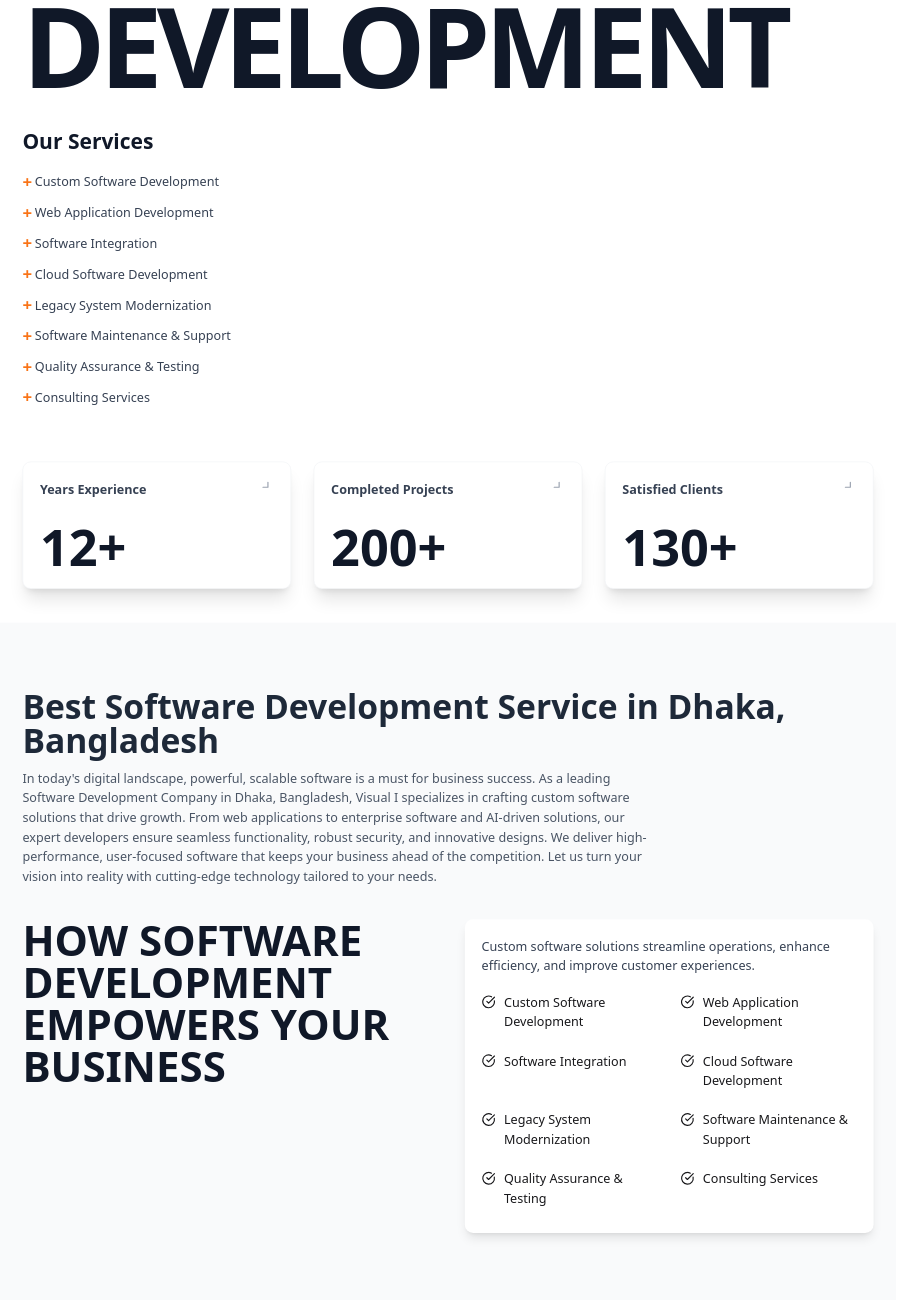
Repository: mdmuhibullahhabib/weboria
Page: /services
The author's editor kept a copy of each file at every save. The page is drawn from the files as they stood at one save, then again after a run of saves.
The browser window is 1280 px wide. The page is 1313 px wide, so the pictures cover 1313 px, including what lies to the right of the window. The pictures show the part of the page from y = 886 to 2766 px (the page is 7883 px tall before and 7755 px after), at 70% of full size.
The project was rebuilt for these pictures with package versions that can differ from the ones it lists, and the page was loaded fresh each time. The framework's server and built-in components were replaced by stand-ins that run in the browser. Also part of the build but not shown: next.config.mjs.

Above is the page before, as saved 2025-10-05 15:26:45.

After the next 2 saves:
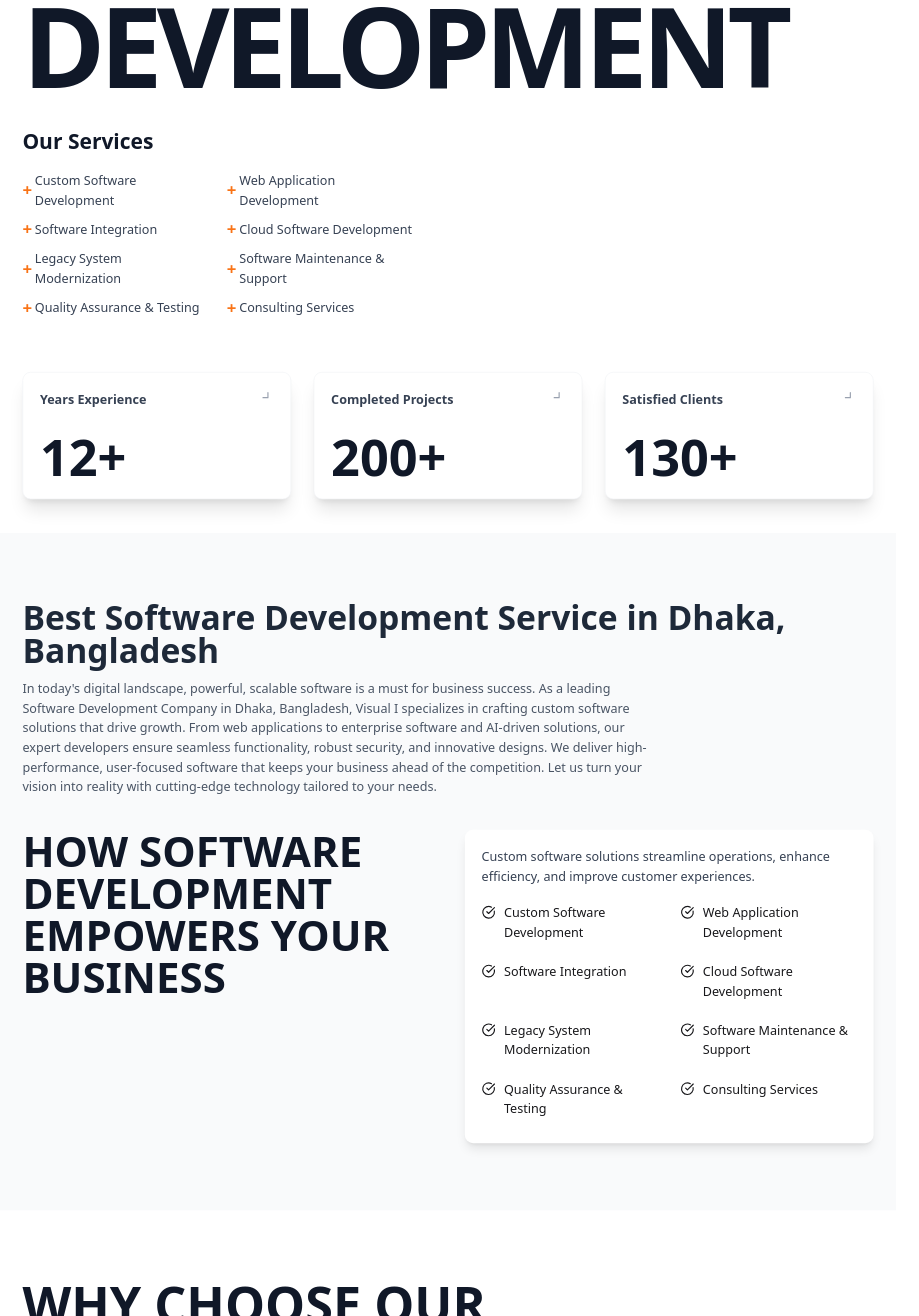
The 2 saves are shown as one change because they came seconds apart.
The last was saved 8 s later.
--- a/src/app/services/page.jsx
+++ b/src/app/services/page.jsx
@@ -109,7 +109,7 @@ const HeroSection = () => {
             </h2>
 
             {/* services */}
-            <div className="grid grid-cols items-center">
+            <div className="grid lg:grid-cols-2 items-center">
               {services.map((service, index) => (
                 <ServiceListItem key={index} text={service} />
               ))}
